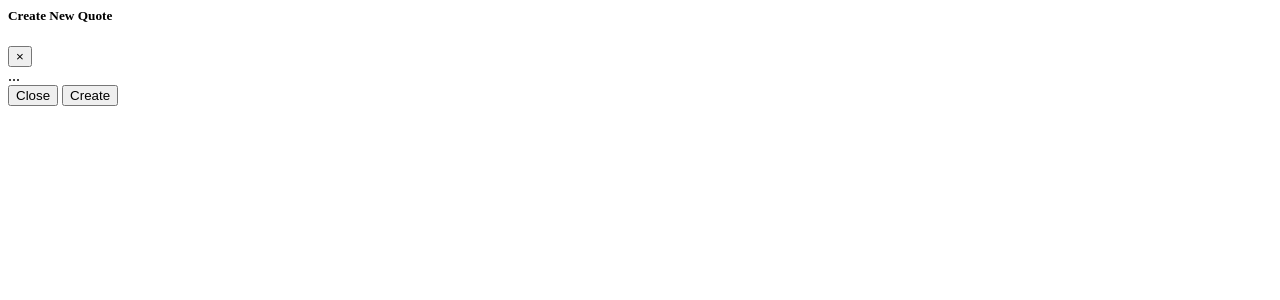
Repository: hrishibhattu/CodeFury-Internal-2
Page: ToYoDo/WebContent/WEB-INF/modal/quote.html
The author's editor kept a copy of each file at every save. The page is drawn from the files as they stood at one save, then again after the next save.
The browser window is 1280 px wide. The pictures show the whole page.

Above is the page before, as saved 2021-09-19 00:33:14.

### ToYoDo/WebContent/WEB-INF/modal/quote.html
<!-- modal for creating new quote -->
<div class="modal fade" id="exampleModalCenter" tabindex="-1" role="dialog" aria-labelledby="exampleModalCenterTitle" aria-hidden="true">
  <div class="modal-dialog modal-dialog-centered" role="document">
    <div class="modal-content">
      <div class="modal-header">
        <h5 class="modal-title" id="exampleModalLongTitle">Create New Quote</h5>
        <button type="button" class="close" data-dismiss="modal" aria-label="Close">
          <span aria-hidden="true">&times;</span>
        </button>
      </div>
      <div class="modal-body">
        ...
      </div>
      <div class="modal-footer">
        <button type="button" class="btn btn-secondary" data-dismiss="modal">Close</button>
        <button type="button" class="btn btn-primary">Create</button>
      </div>
    </div>
  </div>
</div>

After the next save:
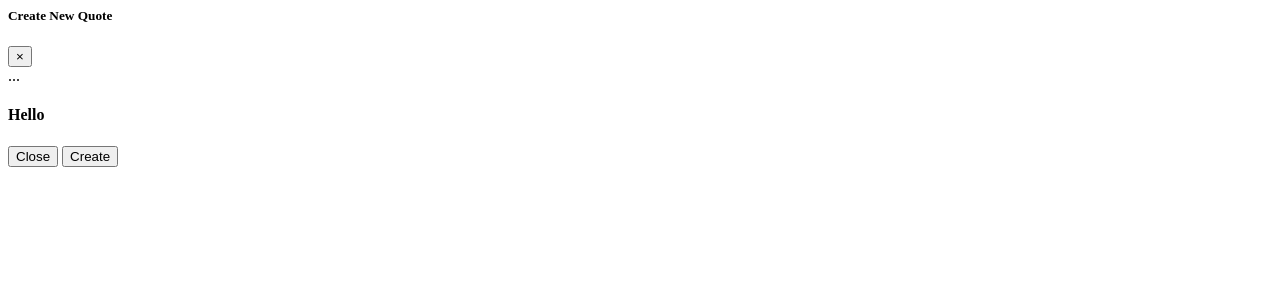
Saved 12 s later.
--- a/ToYoDo/WebContent/WEB-INF/modal/quote.html
+++ b/ToYoDo/WebContent/WEB-INF/modal/quote.html
@@ -10,6 +10,9 @@
       </div>
       <div class="modal-body">
         ...
+
+        <h4>Hello</h4>
+
       </div>
       <div class="modal-footer">
         <button type="button" class="btn btn-secondary" data-dismiss="modal">Close</button>
